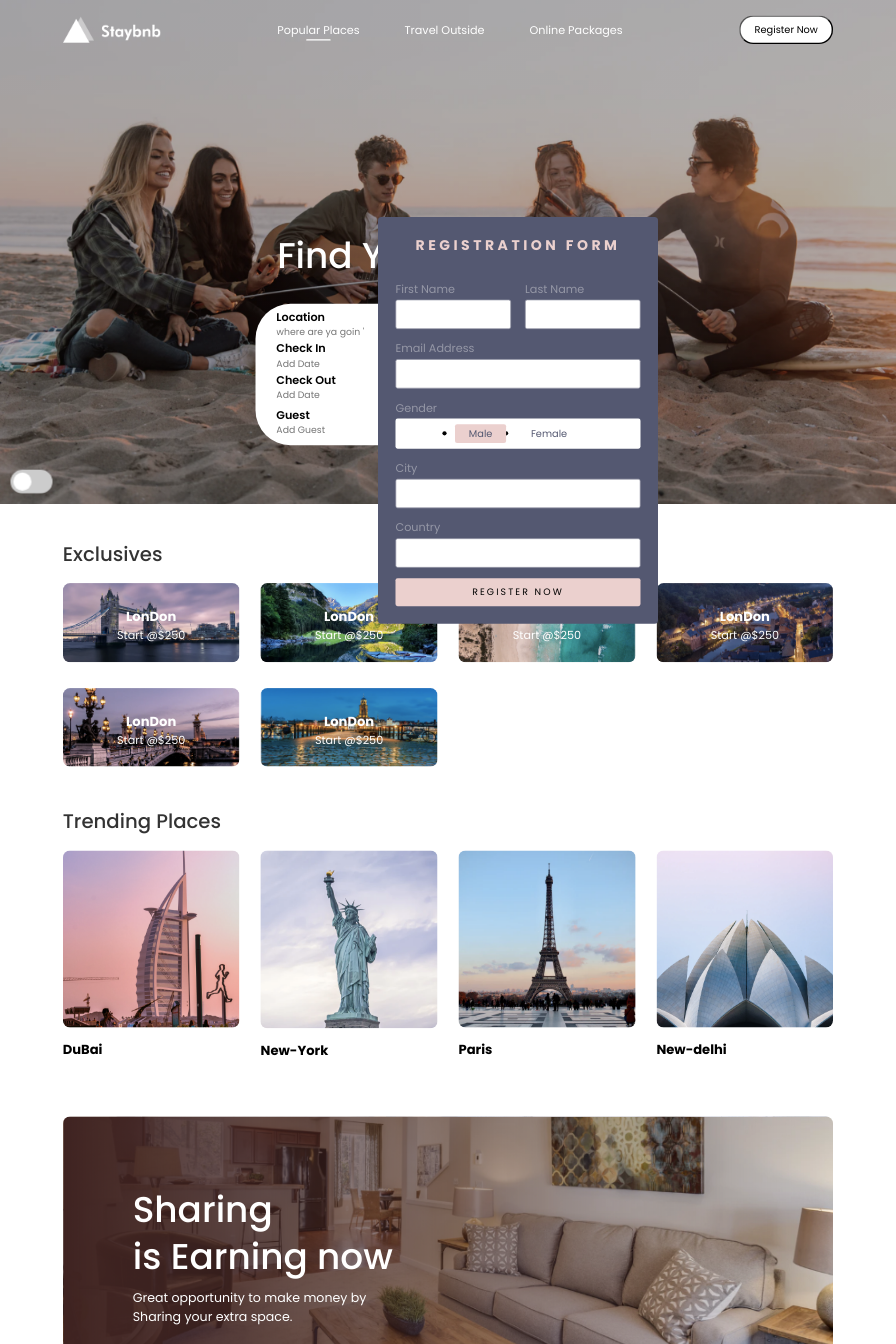
Repository: pinocoding/AirBnB
Page: index.html
The author's editor kept a copy of each file at every save. The page is drawn from the files as they stood at one save, then again after the next save.
The browser window is 1280 px wide. The pictures show the part of the page from y = 0 to 1920 px (the page is 3041 px tall), at 70% of full size.

Above is the page before, as saved 2022-02-13 12:13:58.

After the next save:
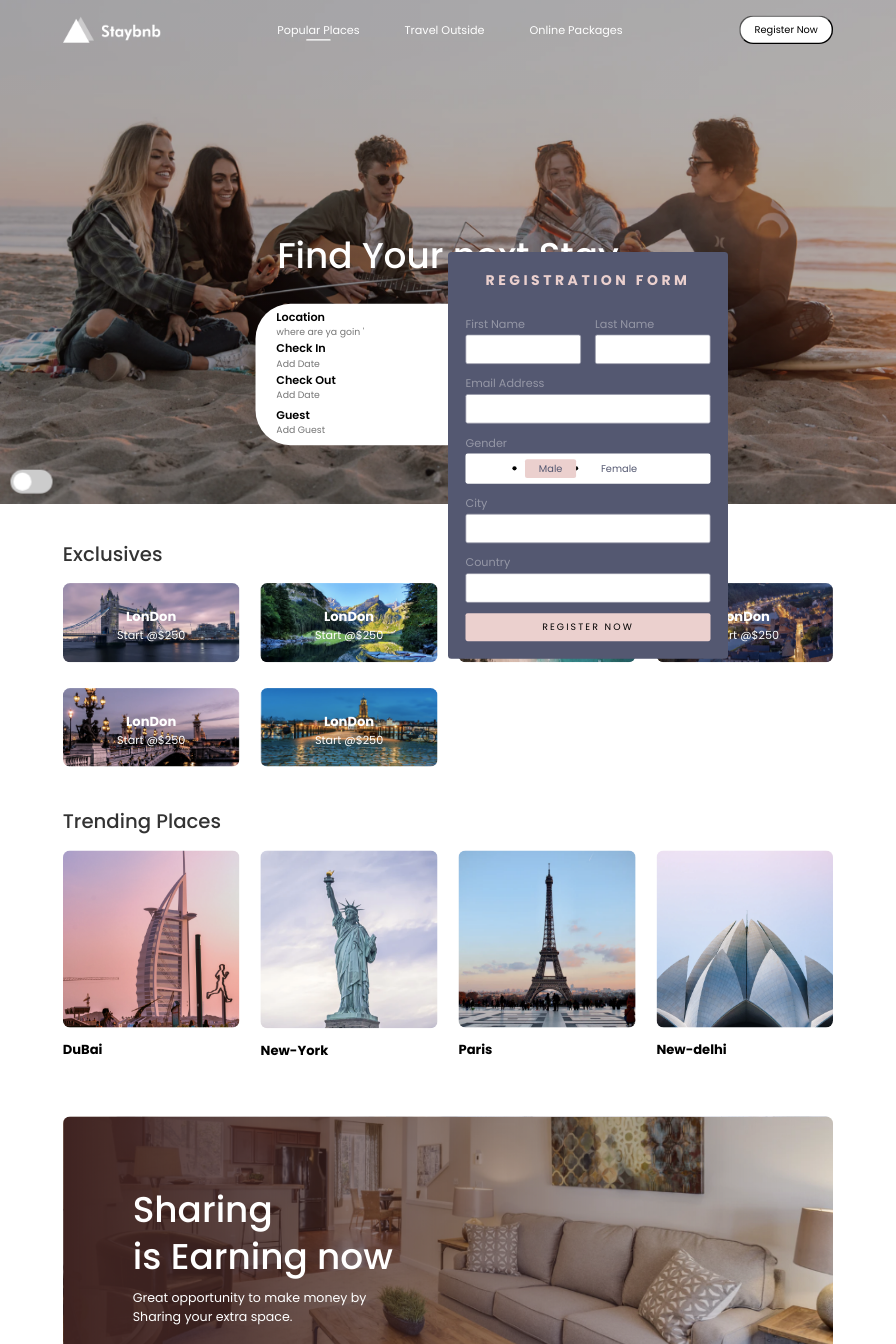
Saved 11 s later.
--- a/style.css
+++ b/style.css
@@ -309,8 +309,6 @@ nav {
     position: fixed;
     top: 50%;
     left: 50%;
-    margin-top: -50px;
-    margin-left: -100px;
 }
 
 .registration_form {
